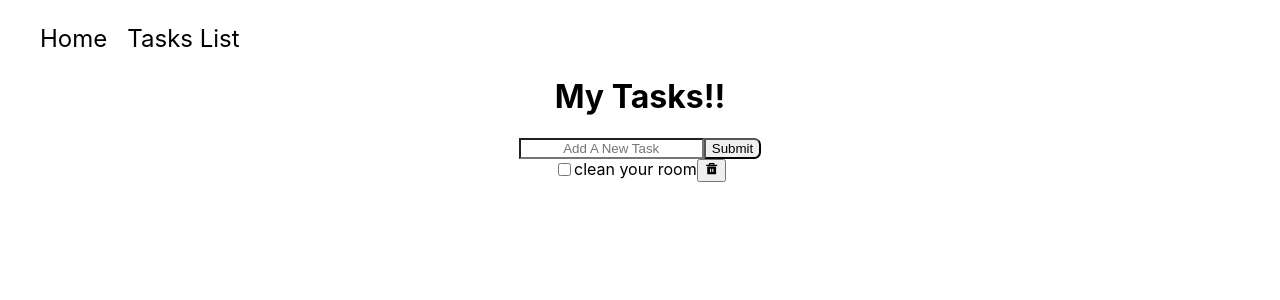
Repository: runner855/abstract_todolist
Page: /
These files come from the project's save history. The page is drawn as it stood at one moment and after the next save; the edit follows.
The browser window is 1280 px wide. The pictures show the whole page.
The project was rebuilt for these pictures with package versions that can differ from the ones it lists, and the page was loaded fresh each time.

Above is the page before, as saved 2022-11-09 12:43:04.

After the next save:
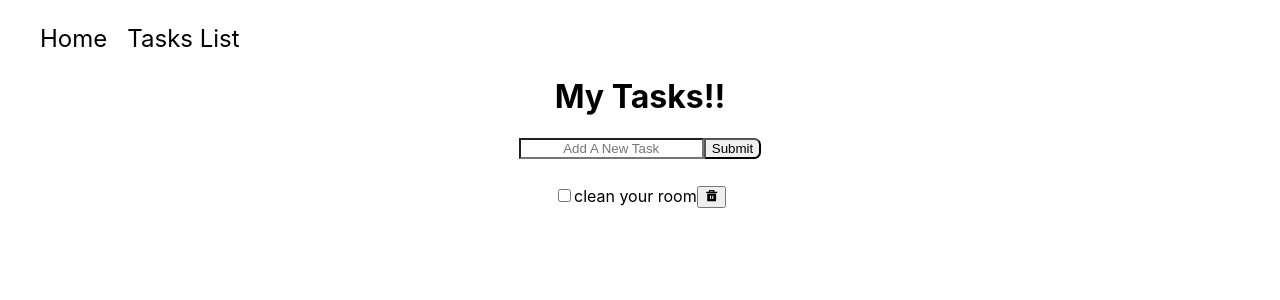
Saved 88 min 19 s later.
--- a/src/App.css
+++ b/src/App.css
@@ -5,6 +5,7 @@ h1{
 input {
   text-align: center;
   border-radius: 0em;
+  margin-bottom: 2em;
 }
 
 .textbox{
